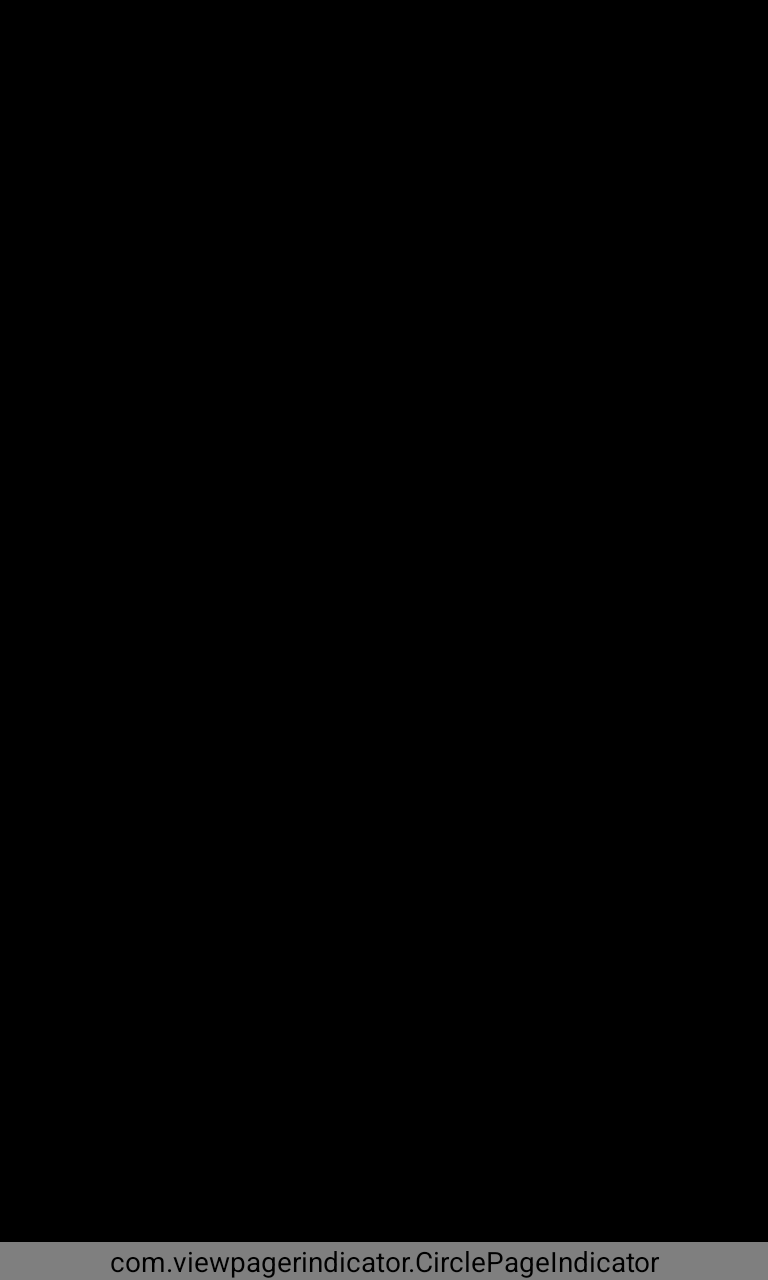
Repository: hgrateam/HangaramAPP_OLD-v2.0.6
Layout: HangaramAPP/res/layout/viewpager_main.xml
These files come from the project's save history. The layout is drawn as it stood at one moment and after the next save; the edit follows.
Pictures or frames that could not be fetched are drawn as grey boxes. It is drawn on a 768 x 1280 px phone screen (xhdpi) without system bars, with theme android:Theme.Black.NoTitleBar; the app's code is not run. Lists and similar views that code fills are empty.

Above is the layout before, as saved 2012-07-11 17:29:36.

### HangaramAPP/res/layout/viewpager_main.xml
<?xml version="1.0" encoding="utf-8"?>
<LinearLayout xmlns:android="http://schemas.android.com/apk/res/android"
    xmlns:tools="http://schemas.android.com/tools"
    android:layout_width="fill_parent"
    android:layout_height="fill_parent"
    android:orientation="vertical" >

    <android.support.v4.view.ViewPager
        android:id="@+id/pager"
        android:layout_width="fill_parent"
        android:layout_height="0dp"
        android:layout_weight="1" >
    </android.support.v4.view.ViewPager>


        <com.viewpagerindicator.CirclePageIndicator
            android:id="@+id/ULPIndicator"
            android:layout_width="fill_parent"
            android:layout_height="wrap_content" />


</LinearLayout>

After the next save:
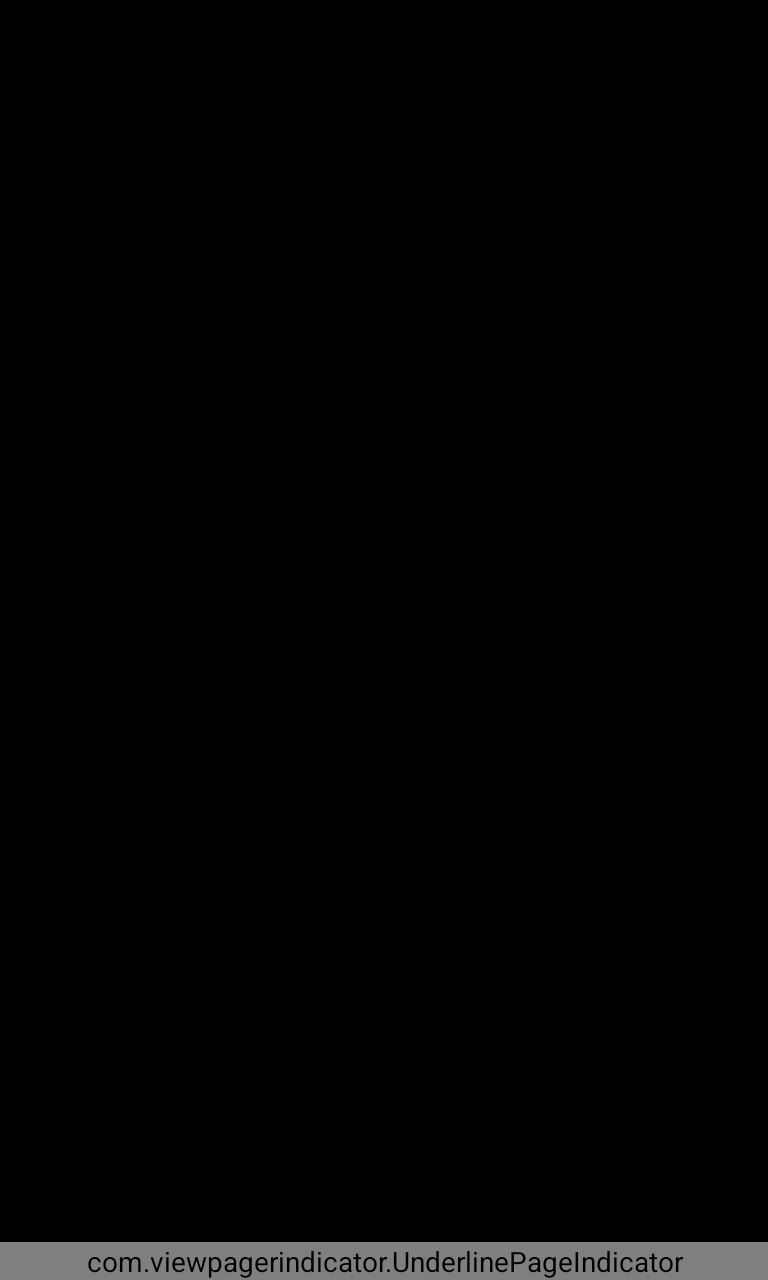
Saved 50 s later.
--- a/HangaramAPP/res/layout/viewpager_main.xml
+++ b/HangaramAPP/res/layout/viewpager_main.xml
@@ -13,7 +13,7 @@
     </android.support.v4.view.ViewPager>
 
 
-        <com.viewpagerindicator.CirclePageIndicator
+        <com.viewpagerindicator.UnderlinePageIndicator
             android:id="@+id/ULPIndicator"
             android:layout_width="fill_parent"
             android:layout_height="wrap_content" />
